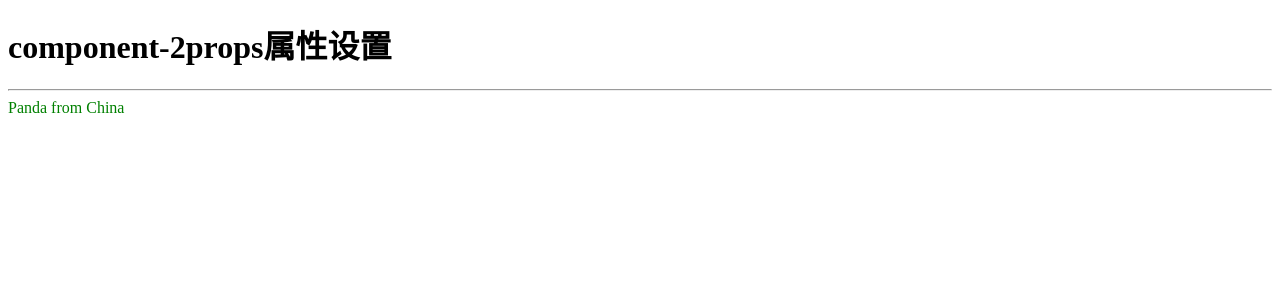
Repository: 13982720426/vue2.0-LearningNotes
Page: example/component-2.html
The author's editor kept a copy of each file at every save. The page is drawn from the files as they stood at one save, then again after the next save.
The browser window is 1280 px wide. The pictures show the whole page.

Above is the page before, as saved 2021-06-24 21:24:07.

After the next save:
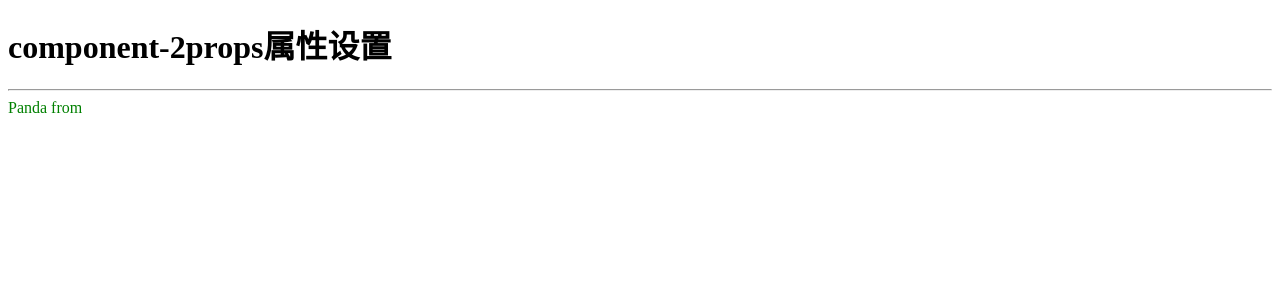
Saved 83 s later.
--- a/example/component-2.html
+++ b/example/component-2.html
@@ -11,13 +11,16 @@
     <h1>component-2props属性设置</h1>
     <hr />
     <div id="app">
-      <panda here="China"></panda>
+      <panda v-bind:here="message"></panda>
     </div>
 
     <script type="text/javascript">
       var app = new Vue({
         el: '#app',
         components: {
+          data: {
+            message: 'China',
+          },
           panda: {
             template: `<div style='color:green'>Panda from {{here}}</div>`,
             props: ['here'],

After the save that followed:
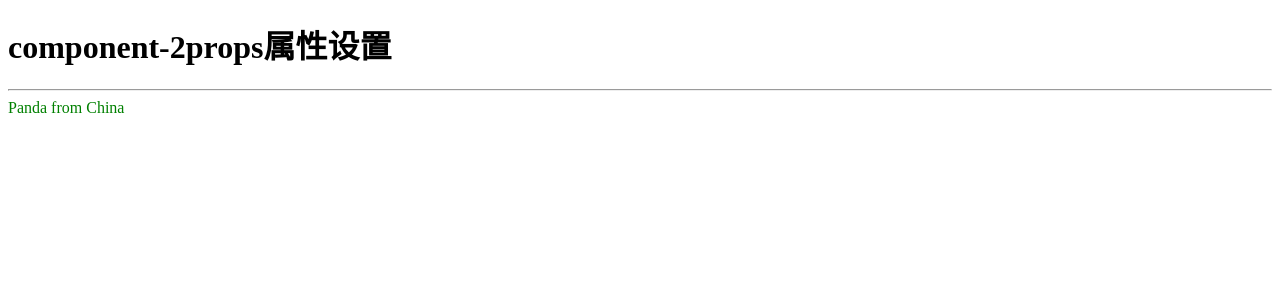
Saved 18 s later.
--- a/example/component-2.html
+++ b/example/component-2.html
@@ -17,10 +17,10 @@
     <script type="text/javascript">
       var app = new Vue({
         el: '#app',
+        data: {
+          message: 'China',
+        },
         components: {
-          data: {
-            message: 'China',
-          },
           panda: {
             template: `<div style='color:green'>Panda from {{here}}</div>`,
             props: ['here'],
